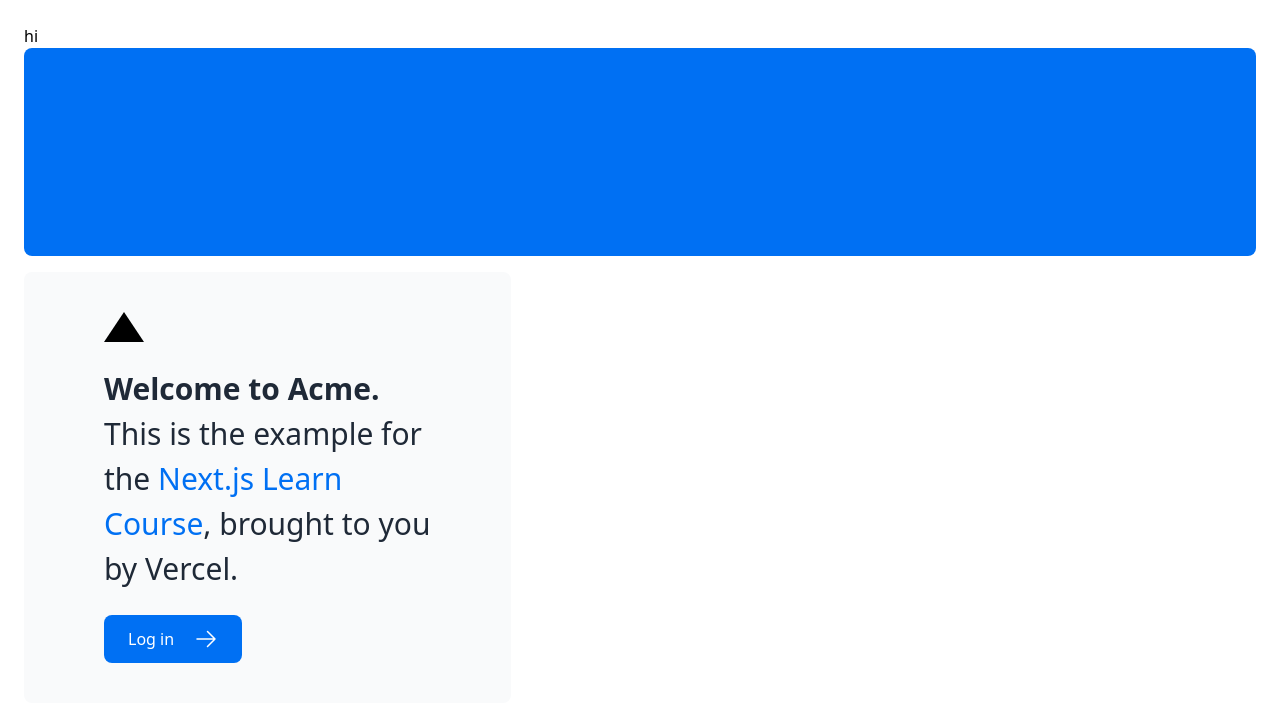
Repository: ShifanaFacts/NextjsTest1
Page: /
The author's editor kept a copy of each file at every save. The page is drawn from the files as they stood at one save, then again after the next save.
The browser window is 1280 px wide. The pictures show the whole page.
The project was rebuilt for these pictures with package versions that can differ from the ones it lists, and the page was loaded fresh each time. The framework's server and built-in components were replaced by stand-ins that run in the browser. Also part of the build but not shown: next.config.js, app/ui/home.module.css.

Above is the page before, as saved 2023-11-07 16:06:12.

### app/page.tsx
import AcmeLogo from '@/app/ui/acme-logo';
import { ArrowRightIcon } from '@heroicons/react/24/outline';
import Link from 'next/link';
import styles from '@/app/ui/home.module.css'

export default function Page() {
  return (
    <main className="flex min-h-screen flex-col p-6">
      <div className={styles.shape}>hi</div>
      <div className="flex h-20 shrink-0 items-end rounded-lg bg-blue-500 p-4 md:h-52">
        {/* <AcmeLogo /> */}
      </div>
      <div className="mt-4 flex grow flex-col gap-4 md:flex-row">
        <div className="flex flex-col justify-center gap-6 rounded-lg bg-gray-50 px-6 py-10 md:w-2/5 md:px-20">
        <div
  className="h-0 w-0 border-b-[30px] border-l-[20px] border-r-[20px] border-b-black border-l-transparent border-r-transparent"
/>
          <p className={`text-xl text-gray-800 md:text-3xl md:leading-normal`}>

            <strong>Welcome to Acme.</strong> This is the example for the{' '}
            <a href="https://nextjs.org/learn/" className="text-blue-500">
              Next.js Learn Course
            </a>
            , brought to you by Vercel.
          </p>

          <Link
            href="/login"
            className="flex items-center gap-5 self-start rounded-lg bg-blue-500 px-6 py-3 text-sm font-medium text-white transition-colors hover:bg-blue-400 md:text-base"
          >
            <span>Log in</span> <ArrowRightIcon className="w-5 md:w-6" />
          </Link>
        </div>
        <div className="flex items-center justify-center p-6 md:w-3/5 md:px-28 md:py-12">
          {/* Add Hero Images Here */}
        </div>
      </div>
    </main>
  );
}

Loaded but not shown: app/layout.tsx (common file); app/ui/global.css (common file); tailwind.config.ts (common file)

After the next save:
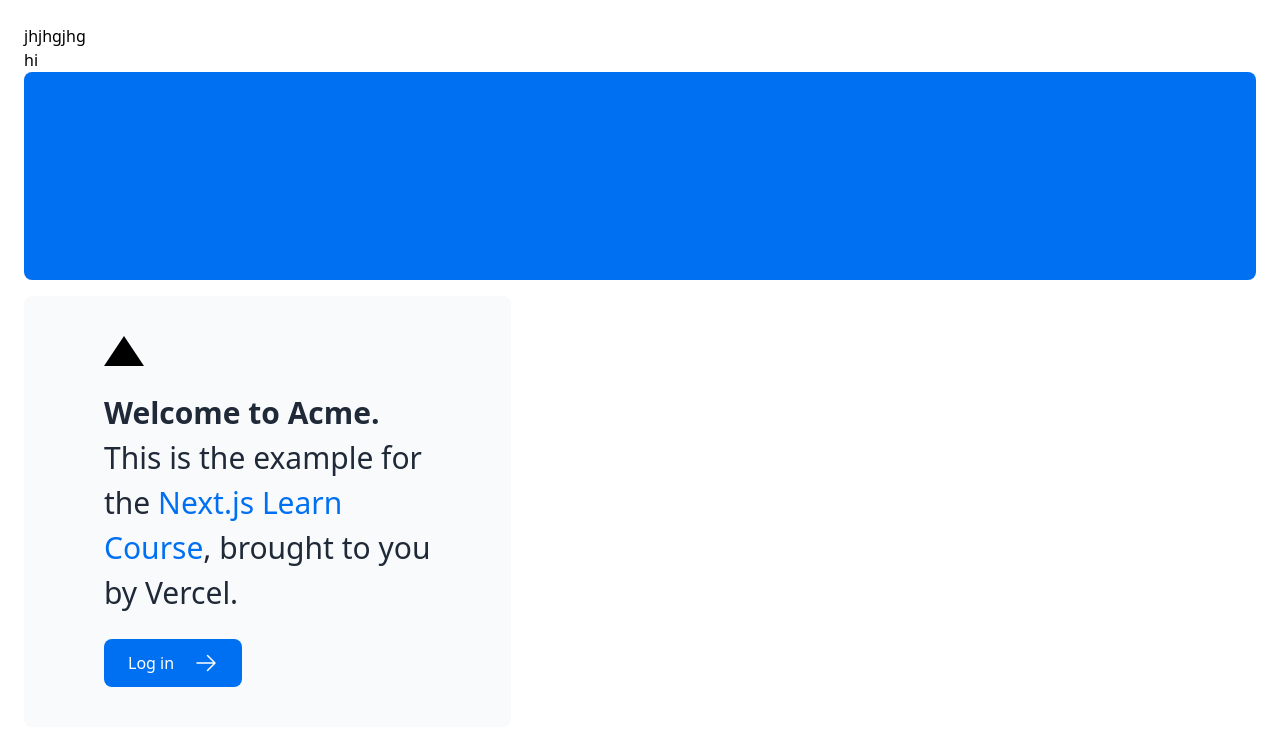
Saved 13 s later.
--- a/app/page.tsx
+++ b/app/page.tsx
@@ -6,6 +6,7 @@
 export default function Page() {
   return (
     <main className="flex min-h-screen flex-col p-6">
+      jhjhgjhg
       <div className={styles.shape}>hi</div>
       <div className="flex h-20 shrink-0 items-end rounded-lg bg-blue-500 p-4 md:h-52">
         {/* <AcmeLogo /> */}
